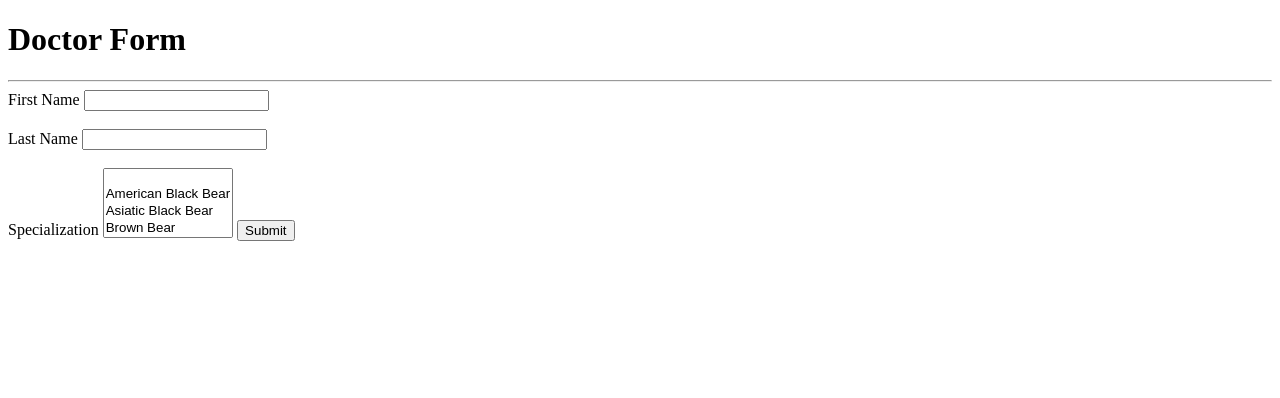
Repository: aayush105/Advance-Java
Page: http://localhost/Doctorpatient/Doctor.jsp
An editor plug-in stored every save of this project. The page is shown before and after the next save, followed by the edit.
The browser window is 1280 px wide. The pictures show the whole page.
The page is served by Tomcat 10.

Above is the page before, as saved 2023-07-20 10:44:02.

After the next save:
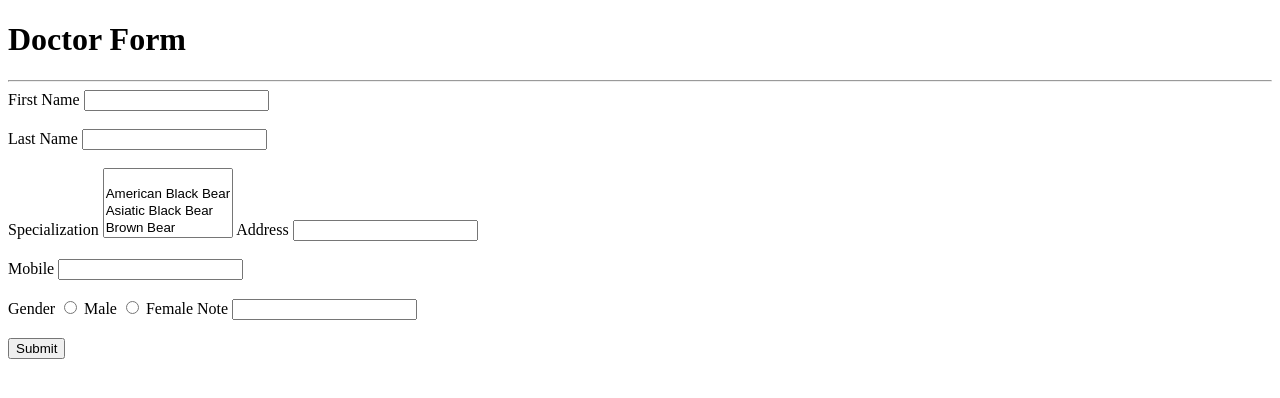
Saved 3 min 22 s later.
--- a/Doctorpatient/src/main/webapp/Doctor.jsp
+++ b/Doctorpatient/src/main/webapp/Doctor.jsp
@@ -24,6 +24,12 @@ Specialization  <select data-placeholder="Choose your specialization" multiple c
     <option>Polar Bear</option>
     <option>Spectacled Bear</option>
   </select>
+
+Address <input type ="text" name ="address"><br><br>
+Mobile <input type ="text" name ="mobile"><br><br>
+Gender <input type="radio" name="gender" value="male"> Male
+<input type="radio" name="gender" value="female"> Female
+Note <input type ="text" name ="note"><br><br>
   <input type="submit">
 
 </form>
